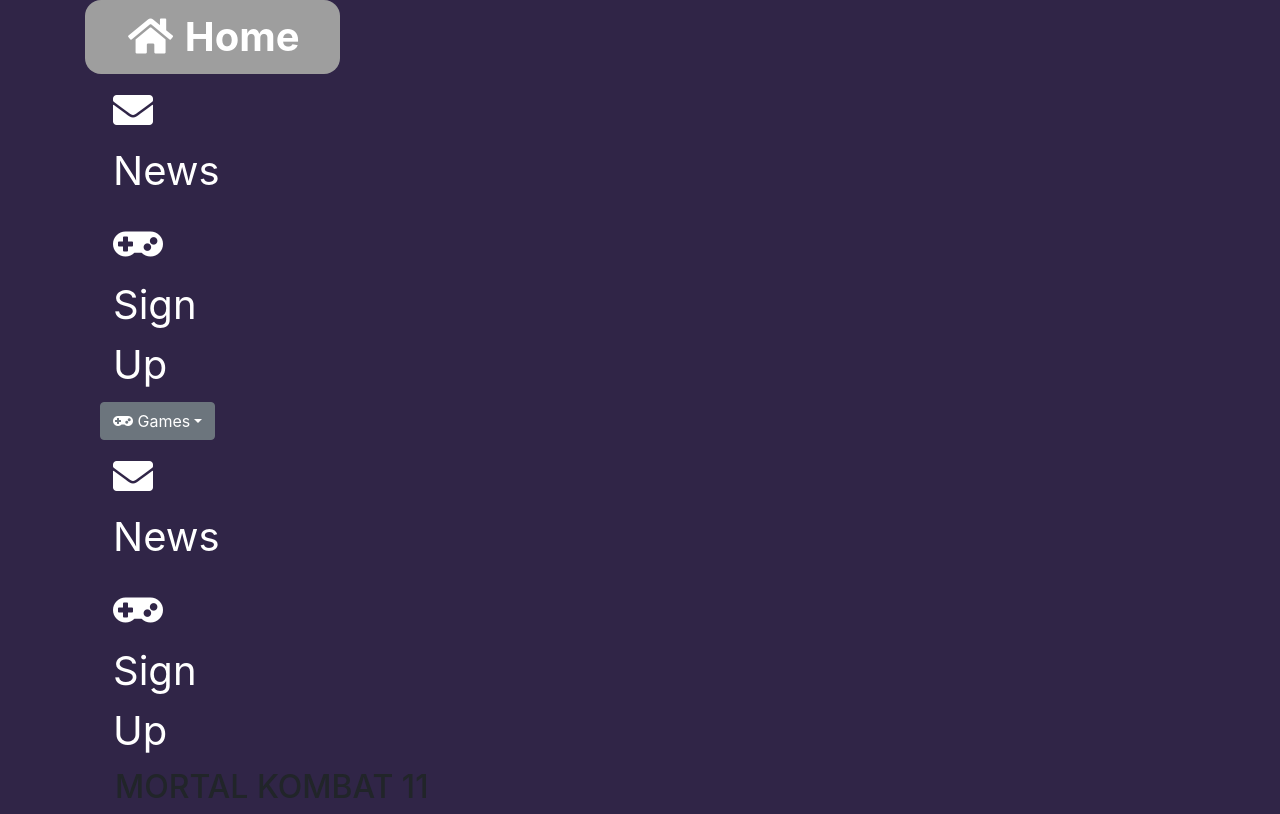
Repository: Code-Institute-Submissions/Gamesworld
Page: mortalkombat11.html
The author's editor kept a record of every edit. The page is drawn from the files as they stood at one moment, then again after the next edit.
The browser window is 1280 px wide. The pictures show the part of the page from y = 60 to 874 px (the page is 1236 px tall).
Pictures or frames that could not be fetched are drawn as grey boxes. Backgrounds fixed to the window are drawn as part of the page. Some web libraries are served in a nearby version.

Above is the page before.

### mortalkombat11.html
<!DOCTYPE html>


<head>
    <meta charset="utf-8">
    <meta name="viewport" content="width=device-width, initial-scale=1">
    <title>Gaming World</title>
    <link rel="stylesheet" href="https://maxcdn.bootstrapcdn.com/bootstrap/4.2.1/css/bootstrap.min.css" type="text/css" />
    <link rel="stylesheet" href="https://cdnjs.cloudflare.com/ajax/libs/hover.css/2.1.1/css/hover-min.css" type="text/css">
    <link rel="stylesheet" href="https://use.fontawesome.com/releases/v5.6.1/css/all.css" integrity="sha384-gfdkjb5BdAXd+lj+gudLWI+BXq4IuLW5IT+brZEZsLFm++aCMlF1V92rMkPaX4PP" crossorigin="anonymous">
    <script type="text/javascript" src="https://cdn.emailjs.com/sdk/2.3.2/email.min.js"></script>





    <link rel="stylesheet" href="assests/css/style.css" type="text/css">
</head>







<!--header test-->

<body>
    <body style="background-color: #302547;">

<div class="center">
        <a href="index.html" class="mainbutton">Gaming World</a>
</div>

<div class="container">
     <div class="row">
         <div class="col-sm-3">
         <div class="btn-group btn-group-justified">
         <a href="index.html" class="btn btn-group-justified"><i class="fa fa-fw fa-home"></i> Home</a></div>
        <div class="col-sm-3"><a href="news.html" class="btn btn-group-justified"><i class="fa fa-envelope"></i> News</a></div>
        <div class="col-sm-3"><a href="#" class="btn btn-group-justified"><i class="fas fa-gamepad"></i> Sign Up</a></div>

<div class="dropdown">
    <div class="col-sm-3">
  <button class="btn btn-secondary dropdown-toggle" type="button" id="dropdownMenuButton" data-toggle="dropdown" aria-haspopup="true" aria-expanded="false"><i class="fas fa-gamepad"></i> Games</button>
  <div class="dropdown-menu" aria-labelledby="dropdownMenuButton">
    <a class="dropdown-item" href="mortalkombat11.html">Mortal Kombat 11</a>
    <a class="dropdown-item" href="fifa20.html">Fifa 20</a>
    <a class="dropdown-item" href="supermario.html">Super Mario Maker 2</a>
  </div>
</div>


    <div class="col-sm-3"><a href="news.html" class="btn btn-group-justified"><i class="fa fa-envelope"></i> News</a></div>
    <div class="col-sm-3"><a href="#" class="btn btn-group-justified"><i class="fas fa-gamepad"></i> Sign Up</a></div>
    </div>

</div>
</div>

<div class="container">




<div class="container-fluid games">
  <h2>MORTAL KOMBAT 11</h2>
  </div>
  <div class="container">
  <div class="row">
    <div class="col-sm-12 col-md-6 col-lg-8">
    <iframe width="100%" height="100%" align="center" style="padding:2px;" src="https://www.youtube.com/embed/7zwQPJmg-Kg" frameborder="0" allow="autoplay; encrypted-media" allowfullscreen></iframe>
</div>
    <div class="col-sm-12 col-md-6 col-lg-4">
       <section class="games">
        Mortal Kombat is back, and it’s better than ever! It’s time to continue this epic saga as you delve into the cinematic storyline developed by award-winning NetherRealm Studios. Take on a role of past and present characters in a brand-new narrative in
        Mortal Kombat 11. This new instalment in the series introduces new multiplayer modes, iconic fatalities and an impressive roster of fighters to choose from. Including fan-favourites and new characters, you can pack a punch with one of their powerful
        abilities and impressive fatalities.
        </section>
    </div>
  </div>
</div>


<!-- completed footer and links set up within container working correctly and displaying as required

spacing added for the footer to move the detail away from the video clip for more vision on the detail
-->
<footer class="container-fluid footerbox" id="footer">
    <div class="col">
        <div class="container icons">
            <a target="_blank" href="https://www.facebook.com/"><i class="fab fa-facebook">
                    </i></a>
            <a target="_blank" href="https://www.instagram.com/"><i class="fab fa-instagram">
                    </i></a>
            <a target="_blank" href="https://www.twitter.com/"><i class="fab fa-twitter">
                    </i></a>
            <a target="_blank" href="https://www.youtube.com/"><i class="fab fa-youtube">
                    </i></a>
        </div>
    </div>
</footer>

<div class="modal" tabindex="-1" role="dialog" id="signupmodal">
    <div class="modal-dialog" role="document">
        <div class="modal-content">
            <div class="modal-header">
                <h6 class="modal-title">Subscribe to Gaming World - Please note no details will be stored or sent from this sign up section</h6>
                               <button type="button" class="close" data-dismiss="modal" aria-label="Close">
          <span aria-hidden="true">&times;</span>
        </button>

            <!-- sign up pop up options and information its for testing purposes for the users-->
            <div class="modal-body">
                <form>
                    <div class="form-group">
                        <label for="exampleInputEmail1">Email address</label>
                        <input type="email" class="form-control" id="exampleInputEmail1" aria-describedby="emailHelp" placeholder="Enter email">
                        <small id="emailHelp" class="form-text text-muted">We'll never share your email with anyone else.</small>
                    </div>
                    <div class="form-group">
                        <label for="exampleInputPassword1">Password</label>
                        <input type="password" class="form-control" id="password" placeholder="Password">
                    </div>
                    <div class="form-group">
                        <label for="repeatPassword"> Repeat Password</label>
                        <input type="password" class="form-control" id="repeatPassword" placeholder="RepeatPassword">
                    </div>
                    <button type="submit" class="btn btn-success">Submit</button>
                </form>
            </div>
    </div>
</div>
    </div>
</div>


<script src="https://code.jquery.com/jquery-3.3.1.slim.min.js" integrity="sha384-q8i/X+965DzO0rT7abK41JStQIAqVgRVzpbzo5smXKp4YfRvH+8abtTE1Pi6jizo" crossorigin="anonymous"></script>
<script src="https://cdnjs.cloudflare.com/ajax/libs/popper.js/1.14.7/umd/popper.min.js" integrity="sha384-UO2eT0CpHqdSJQ6hJty5KVphtPhzWj9WO1clHTMGa3JDZwrnQq4sF86dIHNDz0W1" crossorigin="anonymous"></script>
<script src="https://stackpath.bootstrapcdn.com/bootstrap/4.3.1/js/bootstrap.min.js" integrity="sha384-JjSmVgyd0p3pXB1rRibZUAYoIIy6OrQ6VrjIEaFf/nJGzIxFDsf4x0xIM+B07jRM" crossorigin="anonymous"></script>

</body>

</html>

### assests/css/style.css

/*background added with text for scrolling purposes and better presentation*/

/* code that is here, until the first @media block, will apply to any screen size */
#somethingorother {
  width: 800px ;
}

@media screen and (max-width: 320px) {
  /* comes into effect for screens less than or equal to 320 pixels */
  #somethingorother {
    width: 120px ;
  }
}
@media screen and (min-width: 321px) and (max-width: 480px) {
  /* comes into effect for screens between 321 and 480 pixels (inclusive) */
  #somethingorother {
    width: 320px ;
  }
}
@media screen and (min-width: 481px) {
  /* comes into effect for screens larger than or equal to 481 pixels */
  #somethingorother {
    width: 480px ;
  }
}

/* code that is here will apply to any screen size */

/* Gaming title setting */


.maintitle

{
  text-align: center;
  display:block;
  margin:0 auto;
  width: 100%;

}

.mainbutton
{
  background: url("https://wallpaperplay.com/walls/full/5/2/1/6019.jpg") no-repeat fixed center;
  font-weight: bold;
  border-radius: 16px;
  font-size: 40px;
  z-index: -3;
  display:block;
  margin:0 auto;
  width: 100%;
  text-align: center;
  color: white;


}

.btn-group-justified {
  width: 100%;
  table-layout: fixed;
  border-collapse: separate;
  color: white;
  font-size: 40px;
  z-index: -3;


}
 .btn-group .btn-group-justified {
    float: none;
    display: table-cell;
    width: 1%;
    background: url("https://wallpaperplay.com/walls/full/5/2/1/6019.jpg") no-repeat fixed center;;
    color: white;
    font-size: 40px;
    z-index: -5;
    font-weight: bold;
    border-radius: 16px;
  }

/* Dropdown Button added for the games section */
.dropbtn {
  background-color: #3498DB;
  color: white;
  padding: 16px;
  font-size: 16px;
  border: none;
  cursor: pointer;
}

/* Dropdown button on hover & focus */
.dropbtn:hover, .dropbtn:focus {
  background-color: #2980B9;
}

/* The container <div> - needed to position the dropdown content */
.dropdown {
  position: relative;
  display: inline-block;
}

/* Dropdown Content (Hidden by Default) */
.dropdown-content {
  display: none;
  position: absolute;
  background-color: #f1f1f1;
  min-width: 160px;
  box-shadow: 0px 8px 16px 0px rgba(0,0,0,0.2);
  z-index: 1;
}

/* Links inside the dropdown */
.dropdown-content a {
  color: black;
  padding: 12px 16px;
  text-decoration: none;
  display: block;
}

/* Change color of dropdown links on hover */
.dropdown-content a:hover {background-color: #ddd}

/* Show the dropdown menu (use JS to add this class to the .dropdown-content container when the user clicks on the dropdown button) */
.show {display:block;}


.welcome-container
{
          height: 100vh;
text-shadow: 0 0 5px #FFF, 0 0 10px #FFF, 0 0 15px #FFF, 0 0 20px #49ff18, 0 0 30px #49FF18, 0 0 40px #49FF18, 0 0 55px #49FF18, 0 0 75px #49ff18;;



  -webkit-background-size: cover;
  -moz-background-size: cover;
  -o-background-size: cover;
  background-size: cover;

  display: flex;
  align-items: center;
  justify-content: center;

  position: relative;

  background-repeat: no-repeat;
  background-attachment: fixed;
  background-position: center;
}

.jumbotron-header
{
  text-align: center;
}


.navbar
{
    background: url("https://wallpaperplay.com/walls/full/5/2/1/6019.jpg") no-repeat fixed center;

}


.gamepad
{
  text-align: center;
}


/* Button */
.button, .dropbtn {
  background-color: white;
  border: none;
  color: #302547;
  font-weight: bold;
  padding: 10px 20px;
  text-align: center;
  display: inline-block;
  margin: 4px 2px;
  cursor: pointer;
  border-radius: 16px;
}

/*.button:hover {
  background-color: #f1f1f1;
}
*/

/* The container <div> - needed to position the dropdown content */
.dropdown {
  position: relative;
  display: inline-block;
}

/* Dropdown Content (Hidden by Default) */
.dropdown-content {
  display: none;
  position: absolute;
  background-color: #f1f1f1;
  min-width: 160px;
  box-shadow: 0px 8px 16px 0px rgba(0,0,0,0.2);
  z-index: 1;
}

/* Links inside the dropdown */
.dropdown-content a {
  color: black;
  padding: 12px 16px;
  text-decoration: none;
  display: block;
}

/* Change color of dropdown links on hover */
.dropdown-content a:hover {background-color: #ffc107;}

/* Show the dropdown menu on hover */
.dropdown:hover .dropdown-content {display: block;}

/* Change the background color of the dropdown button when the dropdown content is shown */
.dropdown:hover .dropbtn {background-color: white;}

/*button styling*/
.button .dropbtn .dropdown {
  background-color: #6610f2;
  border: none;
  color: black;
  padding: 10px 20px;
  text-align: center;
  text-decoration: none;
  display: inline-block;
  margin: 4px 2px;
  cursor: pointer;
  border-radius: 16px;
}

.button:hover {
  background-color: #f1f1f1;
}

/*page headers - Amends to the headers and their original set up */








.mk11-title
{
  text-align:center;
  color:white;

}

.mk11-title

{

  z-index:-1;
}

.mk11
{
  font-size: 24px;
  color:white;
}

.footer
{
  position: absolute;
  font-weight: bold;
}





/*.block-divider--short {
  height: 5px;
  border: 0;
  background-color: cyan;
}
*/

/*.content-containers*/
.content-container
{
  padding-top: 10px;
  padding-bottom: 10px;
}




/*alert - text amends and display including features*/

.alert-container .col-12
{
  padding-left: 0;
  padding-right:0;
}

.alert-warning {
  border-radius: 0;
  margin-bottom: 0;
  padding: 5px 15px;
  background-color: #56fefe;
  border-color: #56fffb;
  color: black;
}

.footerbox
{
  color:white;
    background: url("https://wallpaperplay.com/walls/full/5/2/1/6019.jpg") no-repeat fixed center;
  padding: 0;
  text-align: center;
}

.footerbox i{
  margin-bottom:10px;
  font-size: 40px;
  line-height: 40px;
}


/*footer details*/

.fa.fa-facebook:before {
  padding: 5px;
  color: #3C5898
}

.fa-instagram:before {
  color: transparent;
  padding:5px;
  background: radial-gradient(circle at 30% 107%, #fdf497 0%, #fdf497 5%, #fd5949 45%, #d6249f 60%, #285AEB 90%);
  background: -webkit-radial-gradient(circle at 30% 107%, #fdf497 0%, #fdf497 5%, #fd5949 45%, #d6249f 60%, #285AEB 90%);
  background-clip: text;
  -webkit-background-clip: text;
}


.fa-twitter:before {
}

.fa-youtube:before {
  color:#c4302b;
}


/*tempory code to check scaling
*{
  background: #000 !important;
  color: #0f0 !important;
  outline: solid #f00 1px !important;
}*/

After the next edit:
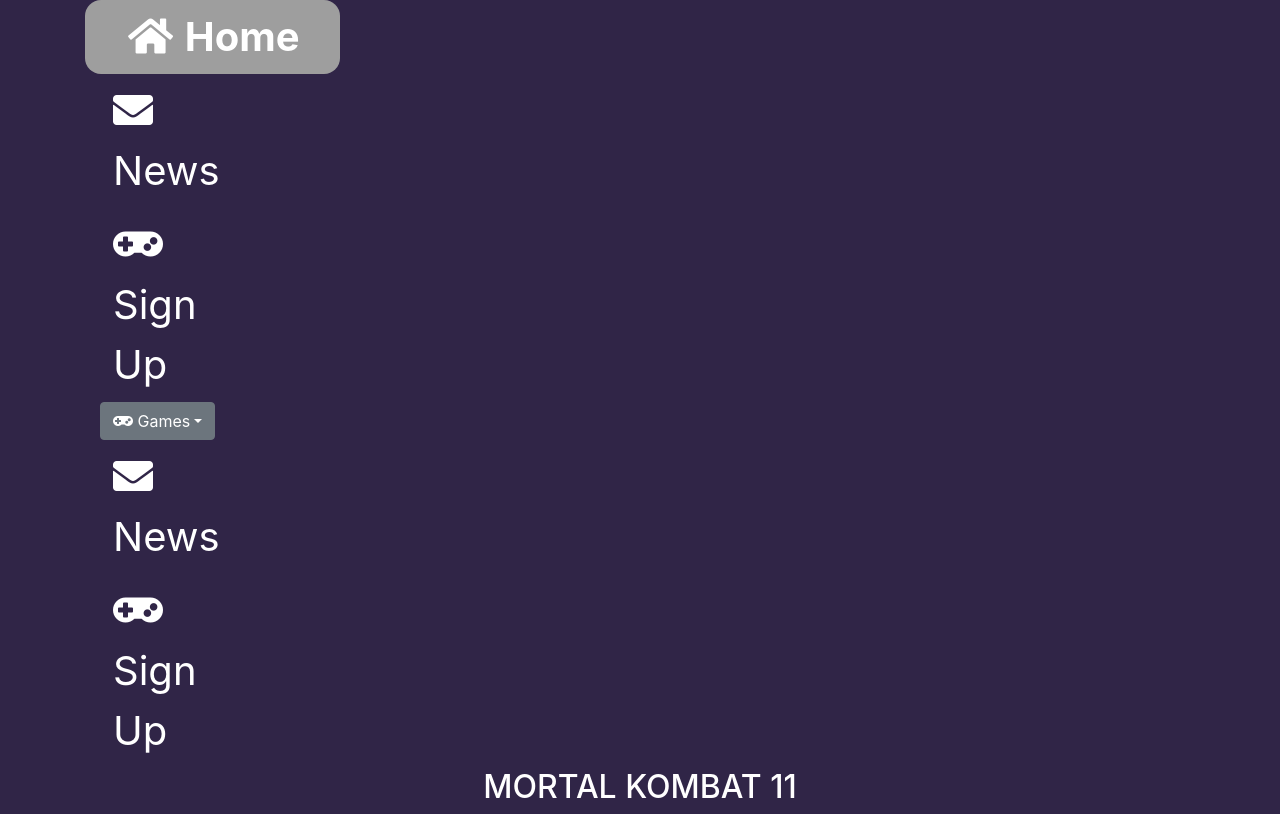
The edit:
--- a/assests/css/style.css
+++ b/assests/css/style.css
@@ -245,7 +245,7 @@
 
 
 
-.mk11-title
+.games
 {
   text-align:center;
   color:white;
